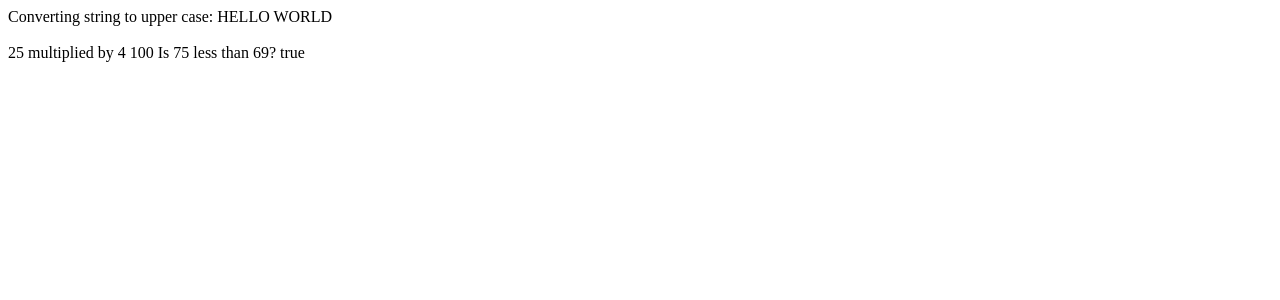
Repository: PuchakayalaVyshnavi/Bootstrap5
Page: http://localhost/jspdemo/Expression-test.jsp
These files come from the project's save history. The page is drawn as it stood at one moment and after the next save; the edit follows.
The browser window is 1280 px wide. The pictures show the whole page.
The page is served by Tomcat 9.

Above is the page before, as saved 2021-08-16 13:35:16.

After the next save:
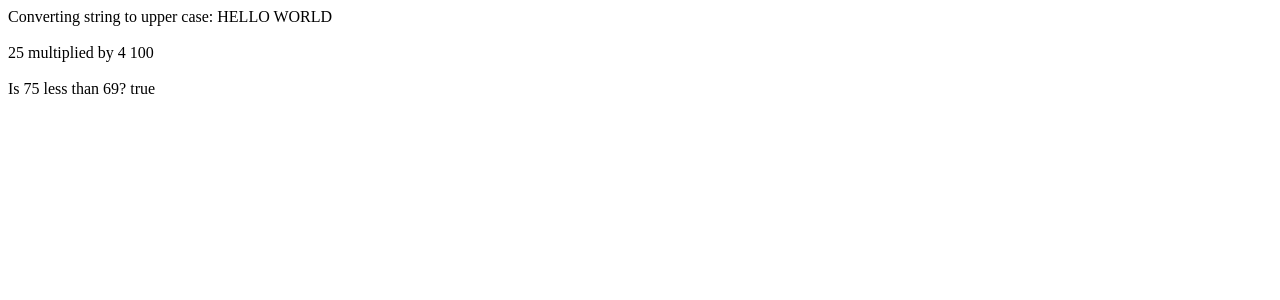
Saved 91 s later.
--- a/Java/jspdemo/src/main/webapp/Expression-test.jsp
+++ b/Java/jspdemo/src/main/webapp/Expression-test.jsp
@@ -1,10 +1,11 @@
 
 <html>
 <body>
-Converting string to upper case: <%= new String("Hello world").toUpperCase() %>
+
+Converting string to upper case: <%= new String("hello world").toUpperCase() %>
 <br/> <br/>
 25 multiplied by 4 <%= 25*4 %>
-
+<br/> <br/>
 Is 75 less than 69? <%= 75>69 %>
 
 </body>
